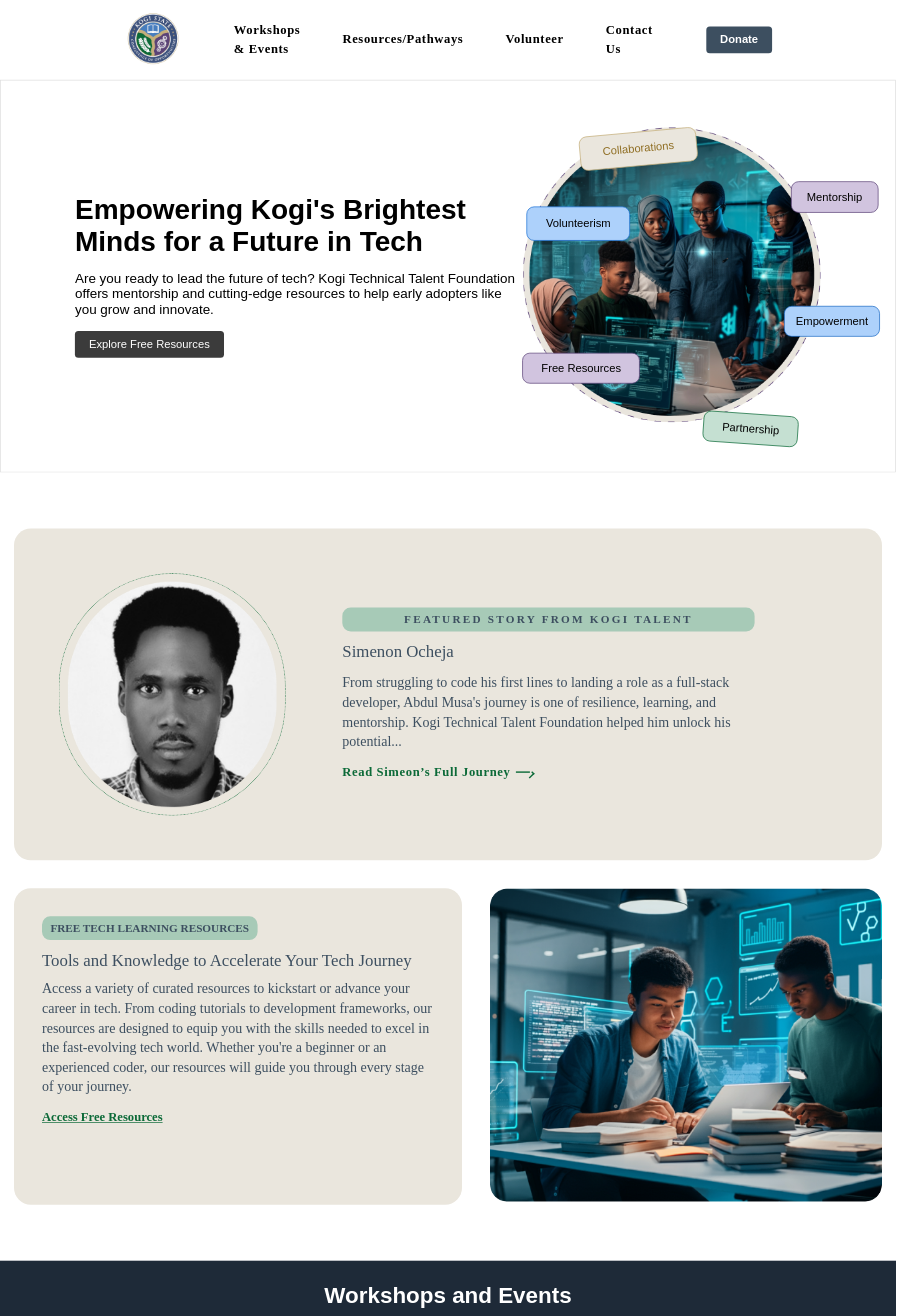
Repository: Cryptim/3MTT-Kogi-Foundation
Page: index.html
An editor plug-in stored every save of this project. The page is shown before and after the next save, followed by the edit.
The browser window is 1280 px wide. The page is 1283 px wide, then 1280 px, so the pictures cover 1283 px, including what lies to the right of the window. The pictures show the part of the page from y = 0 to 1880 px (the page is 3494 px tall), at 70% of full size.

Above is the page before, as saved 2024-11-04 03:04:48.

### index.html
<!DOCTYPE html>
<html lang="en">
  <head>
    <meta charset="UTF-8" />
    <meta name="viewport" content="width=device-width, initial-scale=1.0" />
    <title>Three Million Technical Talent Foundation</title>
    <link rel="stylesheet" href="stlyes/style.css" />
  </head>
  <body>
    <header class="header">
      <div class="logo">
        <img src="assets/images/logo.png" alt="Foundation Logo" />
      </div>
      <nav class="nav">
        <a href="#">Workshops & Events</a>
        <a href="#">Resources/Pathways</a>
        <a href="#">Volunteer</a>
        <a href="#">Contact Us</a>
      </nav>
      <div class="donate-button">
        <button>Donate</button>
      </div>
    </header>
    <div class="hero-section">
      <div class="text-container">
        <h1>Empowering Kogi's Brightest Minds for a Future in Tech</h1>
        <p>
          Are you ready to lead the future of tech? Kogi Technical Talent
          Foundation offers mentorship and cutting-edge resources to help early
          adopters like you grow and innovate.
        </p>
        <button>Explore Free Resources</button>
      </div>
      <div class="image-container">
        <img
          src="assets/images/Frame 5.png"
          alt="Team working with technology"
        />
        <div class="tag tag-collaborations">Collaborations</div>
        <div class="tag tag-volunteerism">Volunteerism</div>
        <div class="tag tag-mentorship">Mentorship</div>
        <div class="tag tag-empowerment">Empowerment</div>
        <div class="tag tag-free-resources">Free Resources</div>
        <div class="tag tag-partnership">Partnership</div>
      </div>
    </div>
    <div
      style="
        display: flex;
        flex-direction: column;
        gap: 40px;
        padding: 80px 20px;
        background-color: #fff;
      "
    >
      <!-- Featured Story Section -->
      <div
        style="
          width: 100%;
          padding: 64px;
          background: #eae6dd;
          border-radius: 24px;
          display: flex;
          align-items: center;
          gap: 81px;
        "
      >
        <div
          style="
            height: 346px;
            padding: 12px;
            border-radius: 500px;
            border: 1px #0c6a38 dotted;
            display: flex;
            align-items: center;
          "
        >
          <img
            style="
              color: #3d4f60;
              font-size: 16px;
              font-family: Cascadia Code;
              font-weight: 600;
              text-transform: uppercase;
              line-height: 28px;
              letter-spacing: 3.2px;
              word-wrap: break-word;
            "
            src="assets/images/Simeon ocheja 1.png"
            alt="Simenon Ocheja"
          />
        </div>
        <div
          style="width: 589px; display: flex; flex-direction: column; gap: 16px"
        >
          <div
            style="
              padding: 8px 12px;
              background: #a7cab7;
              border-radius: 12px;
              text-align: center;
            "
          >
            <span
              style="
                color: #3d4f60;
                font-size: 16px;
                font-family: Cascadia Code;
                font-weight: 600;
                text-transform: uppercase;
                letter-spacing: 3.2px;
              "
              >Featured Story from Kogi talent</span
            >
          </div>
          <h2
            style="
              color: #3d4f60;
              font-size: 24px;
              font-family: Cascadia Code;
              font-weight: 400;
            "
          >
            Simenon Ocheja
          </h2>
          <p
            style="
              width: 100%;
              color: #3d4f60;
              font-size: 20px;
              font-family: Cascadia Code;
              font-weight: 300;
              line-height: 28px;
              word-wrap: break-word;
            "
          >
            From struggling to code his first lines to landing a role as a
            full-stack developer, Abdul Musa's journey is one of resilience,
            learning, and mentorship. Kogi Technical Talent Foundation helped
            him unlock his potential...
          </p>
          <div style="display: flex; align-items: center; gap: 8px">
            <span
              style="
                color: #0c6a38;
                font-size: 18px;
                font-family: Cascadia Code;
                font-weight: 700;
                line-height: 27.2px;
                letter-spacing: 0.9px;
                word-wrap: break-word;
              "
              >Read Simeon’s Full Journey</span
            >
            <div style="width: 24px; height: 24px; position: relative">
              <div
                style="
                  width: 20px;
                  height: 0;
                  position: absolute;
                  border-top: 2.5px solid #0c6a38;
                  top: 50%;
                  left: 0;
                "
              ></div>
              <div
                style="
                  width: 5px;
                  height: 10px;
                  position: absolute;
                  border-right: 2.5px solid #0c6a38;
                  border-top: 2.5px solid #0c6a38;
                  top: 50%;
                  right: 0;
                  transform: rotate(45deg);
                "
              ></div>
            </div>
          </div>
        </div>
      </div>

      <!-- Free Tech Learning Resources Section -->
      <div style="display: flex; gap: 40px">
        <div
          style="
            flex: 1;
            padding: 40px;
            background: #eae6dd;
            border-radius: 24px;
          "
        >
          <div
            style="
              padding: 8px 12px;
              background: #a7cab7;
              border-radius: 12px;
              display: inline-block;
            "
          >
            <span
              style="
                color: #3d4f60;
                font-size: 16px;
                font-family: Cascadia Code;
                font-weight: 600;
                text-transform: uppercase;
              "
              >Free Tech Learning Resources</span
            >
          </div>
          <h3
            style="
              color: #3d4f60;
              font-size: 24px;
              font-family: Cascadia Code;
              font-weight: 400;
              margin-top: 16px;
            "
          >
            Tools and Knowledge to Accelerate Your Tech Journey
          </h3>
          <p
            style="
              color: #3d4f60;
              font-size: 20px;
              font-family: Cascadia Code;
              font-weight: 300;
              line-height: 1.4;
              margin-top: 12px;
            "
          >
            Access a variety of curated resources to kickstart or advance your
            career in tech. From coding tutorials to development frameworks, our
            resources are designed to equip you with the skills needed to excel
            in the fast-evolving tech world. Whether you're a beginner or an
            experienced coder, our resources will guide you through every stage
            of your journey.
          </p>
          <a
            href="#"
            style="
              color: #0c6a38;
              font-size: 18px;
              font-family: Cascadia Code;
              font-weight: 700;
              display: inline-block;
              margin-top: 20px;
            "
            >Access Free Resources</a
          >
        </div>
        <div style="flex: 1">
          <img
            style="width: 100%; border-radius: 24px"
            src="assets/images/Resources image 1.png"
            alt="Tech Journey"
          />
        </div>
      </div>
    </div>
    <!-- workshop section -->
    <section class="workshops-section">
      <h2>Workshops and Events</h2>
      <div class="workshops-container">
        <div class="workshop-card">
          <div class="icon">
            <img
              src="assets/images/computer-phone-sync.svg"
              alt="Digital Literacy Icon"
            />
          </div>
          <h3>Digital Literacy Essentials</h3>
          <p>
            This foundational workshop is designed to equip participants with
            the essential skills needed to navigate the digital world
            confidently.
          </p>
          <button>Start Learning</button>
        </div>
        <div class="workshop-card">
          <div class="icon">
            <img
              src="assets/images/computer-programming-01.svg"
              alt="Networking Icon"
            />
          </div>
          <h3>Tech Networking Night</h3>
          <p>
            Expand your professional network at our Tech Networking Night! Meet
            industry leaders, fellow tech enthusiasts, and potential mentors in
            an informal setting.
          </p>
          <button>Save Your Spot</button>
        </div>
        <div class="workshop-card">
          <div class="icon">
            <img
              src="assets/images/computer-video-call.svg"
              alt="Marketing Icon"
            />
          </div>
          <h3>Digital Marketing Masterclass</h3>
          <p>
            This workshop covers SEO, social media strategies, and content
            creation techniques to help participants promote their skills and
            projects online.
          </p>
          <button>Join the Masterclass</button>
        </div>
      </div>
    </section>
    <!--  Event section-->
    <section class="events-section">
      <h2>Upcoming Events</h2>
      <div class="events-container">
        <div class="event-card">
          <img
            src="assets/images/cloud-african 1.png"
            alt="Cloud Computing Workshop"
          />
          <h3>Getting Started with Cloud Computing: A Beginner's Guide</h3>
          <p>
            This introductory workshop will guide you through the fundamentals
            of cloud computing.
          </p>
          <div class="event-info">
            <span class="event-date"
              ><img
                src="assets/images/calendar-01.svg"
                alt="Calendar Icon"
                class="icon"
              />
              December 5, 2024</span
            >
            <span class="event-time"
              ><img
                src="assets/images/alarm-clock.svg"
                alt="Clock Icon"
                class="icon"
              />
              10:00 AM - 12:00 PM</span
            >
          </div>
        </div>
        <div class="event-card">
          <img
            src="assets/images/digital marketing.png"
            alt="Social Media for Entrepreneurs"
          />
          <h3>Mastering Social Media for Digital Entrepreneurs</h3>
          <p>
            Discover content creation strategies, audience engagement
            techniques, and more.
          </p>
          <div class="event-info">
            <span class="event-date"
              ><img
                src="assets/images/calendar-01.svg"
                alt="Calendar Icon"
                class="icon"
              />
              December 5, 2024</span
            >
            <span class="event-time"
              ><img
                src="assets/images/alarm-clock.svg"
                alt="Clock Icon"
                class="icon"
              />
              10:00 AM - 12:00 PM</span
            >
          </div>
        </div>
        <div class="event-card">
          <img
            src="assets/images/python.png"
            alt="Python Programming Workshop"
          />
          <h3>Intro to Python Programming: Building Your First App</h3>
          <p>
            This online workshop is perfect for beginners looking to learn
            Python programming.
          </p>
          <div class="event-info">
            <span class="event-date"
              ><img
                src="assets/images/calendar-01.svg"
                alt="Calendar Icon"
                class="icon"
              />
              December 5, 2024</span
            >
            <span class="event-time"
              ><img
                src="assets/images/alarm-clock.svg"
                alt="Clock Icon"
                class="icon"
              />
              10:00 AM - 12:00 PM</span
            >
          </div>
        </div>
      </div>
    </section>
    <!-- Mentor section -->
    <section class="mentors-section">
      <h2>Meet Our Mentors and Contributors</h2>
      <p>
        Meet Our MAt the heart of the Kogi Technical Talent Foundation is a
        dedicated team of mentors and contributors who are passionate about
        sharing their knowledge and expertise. Our mentors come from diverse
        backgrounds in technology, entrepreneurship, and innovation, providing
        invaluable guidance to help you navigate your career journey. Whether
        you're looking to enhance your coding skills, explore new fields like
        digital marketing, or get advice on launching your own tech startup, our
        mentors are here to support you.
      </p>
      <a href="#" class="explore-link">Explore Our Mentor’s Profile →</a>
      <div class="mentors-container">
        <div class="mentor-card">
          <img src="assets/images/Frame 19.png" alt="Omachoko Arome" />
          <h3>Omachoko Arome</h3>
        </div>
        <div class="mentor-card">
          <img src="assets/images/Frame 20.png" alt="Marian Musa" />
          <h3>Marian Musa</h3>
        </div>
        <div class="mentor-card">
          <img src="assets/images/Frame 21.png" alt="Ismaila Omeiza" />
          <h3>Ismaila Omeiza</h3>
        </div>
        <div class="mentor-card">
          <img src="assets/images/Frame 22.png" alt="Timothy Ignatius" />
          <h3>Timothy Ignatius</h3>
        </div>
      </div>
    </section>
  </body>
</html>

### stlyes/style.css
* {
  margin: 0;
  padding: 0;
  box-sizing: border-box;
}

body {
  font-family: Arial, sans-serif;
}

.header {
  padding-left: 180px;
  /* padding-right: 180px;  */
  padding-top: 16px;
  padding-bottom: 16px;
  justify-content: center;
  align-items: center;
  gap: 66px;
  display: inline-flex;
  left: 0;
  top: 0;
}

.logo img {
  width: 78px; /* Adjust size as needed */
  height: 78px;
}

.nav {
  justify-content: flex-start;
  align-items: center;
  gap: 40px;
  display: flex;
}

.nav a {
  padding: 10px;
  justify-content: center;
  align-items: center;
  gap: 10px;
  display: flex;
  transition: color 0.3s;
  font-size: 18px;
  text-decoration: none;
  color: black;
  font-size: 18px;
  font-family: Cascadia Code;
  font-weight: 700;
  line-height: 27.2px;
  letter-spacing: 0.9px;
  word-wrap: break-word;
}

.nav a:hover {
  color: #007bff;
}

.donate-button {
  margin-right: 180px; /* Adds space to the right of the button */
}

.donate-button button {
  padding: 10px 20px;
  background-color: #3d4f60;
  color: #fff;
  border: none;
  border-radius: 5px;
  cursor: pointer;
  font-weight: bold;
  transition: background-color 0.3s;
}

.donate-button button:hover {
  background-color: #007bff;
}

/* Responsive adjustments */
@media (max-width: 768px) {
  .header {
    flex-direction: column;
    align-items: center;
  }

  .logo,
  .donate-button {
    margin: 0; /* Remove margins for smaller screens */
  }

  .nav {
    flex-direction: column;
    gap: 10px;
  }
}

/* section one */
.hero-section {
  display: flex;
  align-items: center;
  /* padding: 50px; */
  background-color: #fff;
  border: 1px solid #ddd;
  height: 560.85px;
  justify-content: center;
  align-items: center;
}

.text-container {
  max-width: 50%;
}

.text-container h1 {
  font-size: 2.5em;
  font-weight: bold;
  margin-bottom: 20px;
}

.text-container p {
  font-size: 1.2em;
  margin-bottom: 20px;
}

.text-container button {
  padding: 10px 20px;
  background-color: #3b3b3b;
  color: #fff;
  border: none;
  border-radius: 5px;
  cursor: pointer;
  font-size: 1em;
}

.image-container {
  position: relative;
  max-width: 560.85px;
}

.image-container img {
  width: 100%;
  height: 423.01px;
  border-radius: 283.9px;
}

.tag {
  /* position: absolute;
  padding: 5px 10px;
  font-size: 18.26px;
  background-color: #f0f0f0;
  border-radius: 10.95px;
  font-weight: 300;
  width: 168.26px;
  text-align: center;
  height: 48.73px;
  justify-content: center;
  align-items: center;
  align-self: center; */
}

.tag-collaborations {
  width: 168.26px;
  height: 48.73px;
  padding: 9.13px;
  left: 80.33px;
  top: 15.28px;
  color: #8f6e23;
  position: absolute;
  transform: rotate(-5.21deg);
  transform-origin: 0 0;
  background: #eae6dd;
  border-radius: 10.95px;
  border: 0.5px #c6af7b solid;
  justify-content: center;
  align-items: center;
  gap: 9.13px;
  display: inline-flex;
}

.tag-volunteerism {
  width: 147.26px;
  height: 48.73px;
  padding: 9.13px;
  left: 6.39px;
  top: 114.11px;
  position: absolute;
  background: #add1fb;
  border-radius: 10.95px;
  border: 0.5px #1d71d5 solid;
  justify-content: center;
  align-items: center;
  gap: 9.13px;
  display: inline-flex;
}

.tag-mentorship {
  width: 125.26px;
  height: 44.26px;
  padding: 9.13px;
  left: 383.42px;
  top: 78.51px;
  position: absolute;
  background: #d1c4df;
  border-radius: 10.95px;
  border: 0.5px #5b4377 solid;
  justify-content: center;
  align-items: center;
  gap: 9.13px;
  display: inline-flex;
}

.tag-empowerment {
  width: 136.26px;
  height: 44.26px;
  padding: 9.13px;
  left: 374.29px;
  top: 255.61px;
  position: absolute;
  background: #add1fb;
  border-radius: 10.95px;
  border: 0.5px #1967c3 solid;
  justify-content: center;
  align-items: center;
  gap: 9.13px;
  display: inline-flex;
}

.tag-free-resources {
  width: 168.26px;
  height: 44.26px;
  padding: 9.13px;
  left: 0px;
  top: 323.17px;
  position: absolute;
  background: #d1c4df;
  border-radius: 10.95px;
  border: 0.5px #5b4377 solid;
  justify-content: center;
  align-items: center;
  gap: 9.13px;
  display: inline-flex;
}

.tag-partnership {
  width: 136.26px;
  height: 44.26px;
  padding: 9.13px;
  left: 259.61px;
  top: 405.33px;
  position: absolute;
  transform: rotate(4deg);
  transform-origin: 0 0;
  background: #c5e0d2;
  border-radius: 10.95px;
  border: 0.5px #0c6a38 solid;
  justify-content: center;
  align-items: center;
  gap: 9.13px;
  display: inline-flex;
}

/* workshop section */
.workshops-section {
  padding: 2rem;
  text-align: center;
  background-color: #1e2a38;
  color: #fff;
}

.workshops-section h2 {
  font-size: 2rem;
  margin-bottom: 1.5rem;
}

.workshops-container {
  display: flex;
  flex-wrap: wrap;
  justify-content: center;
  gap: 1.5rem;
}

.workshop-card {
  background-color: #fff;
  color: #333;
  border-radius: 8px;
  box-shadow: 0 4px 8px rgba(0, 0, 0, 0.1);
  width: 100%;
  max-width: 300px;
  padding: 1.5rem;
  text-align: left;
  transition: transform 0.3s;
}

.workshop-card:hover {
  transform: translateY(-5px);
}

.icon {
  font-size: 2rem;
  margin-bottom: 1rem;
}

.workshop-card h3 {
  font-size: 1.25rem;
  margin-bottom: 0.75rem;
}

.workshop-card p {
  font-size: 0.95rem;
  margin-bottom: 1.5rem;
}

button {
  background-color: #007bff;
  color: #fff;
  padding: 0.5rem 1rem;
  border: none;
  border-radius: 5px;
  font-size: 1rem;
  cursor: pointer;
  transition: background-color 0.3s;
}

button:hover {
  background-color: #0056b3;
}

/* Responsive Design */
@media (max-width: 768px) {
  .workshops-container {
    flex-direction: column;
    align-items: center;
  }
}

/* event section*/
.events-section {
  padding: 2rem;
  text-align: center;
  background-color: #fff;
}

.events-section h2 {
  font-size: 2rem;
  margin-bottom: 1.5rem;
}

.events-container {
  display: flex;
  flex-wrap: wrap;
  justify-content: center;
  gap: 1.5rem;
}

.event-card {
  background-color: #ffffff;
  border-radius: 8px;
  box-shadow: 0 4px 8px rgba(0, 0, 0, 0.1);
  width: 100%;
  max-width: 300px;
  text-align: left;
  overflow: hidden;
  transition: transform 0.3s;
}

.event-card:hover {
  transform: translateY(-5px);
}

.event-card img {
  width: 100%;
  height: auto;
  /* border-bottom: 2px solid #ddd; */
}

.event-card h3 {
  font-size: 1.25rem;
  margin: 1rem 1rem 0.5rem;
  color: #1e2a38;
}

.event-card p {
  font-size: 0.95rem;
  margin: 0.5rem 1rem 1rem;
  color: #555;
}

.event-info {
  display: flex;
  justify-content: space-between;
  padding: 1rem;
  /* border-top: 1px solid #ddd; */
  font-size: 0.9rem;
  color: #777;
}

.event-date,
.event-time {
  display: flex;
  align-items: center;
  gap: 0.25rem;
}

.event-info .icon {
  width: 24px; /* Set the icon width */
  height: 24px; /* Set the icon height */
  margin-right: 5px; /* Space between icon and text */
  vertical-align: middle; /* Aligns icon with text */
}
/* Responsive Design */
@media (max-width: 768px) {
  .events-container {
    flex-direction: column;
    align-items: center;
  }
}
/* Mentor section */
.mentors-section {
  max-width: 1000px;
  margin: 0 auto;
  padding: 2rem;
  background-color: #2b3a42;
}

.mentors-content {
  display: flex;
  gap: 2rem;
  align-items: flex-start;
}

.mentors-text {
  flex: 1;
}

.mentors-section h2 {
  font-size: 2rem;
  margin-bottom: 1rem;
  color: #dbe0e4;
  font-weight: bold;
}

.mentors-section p {
  font-size: 1rem;
  line-height: 1.6;
  margin-bottom: 1.5rem;
  color: #dbe0e4;
}

.explore-link {
  display: inline-block;
  margin-top: 1rem;
  font-size: 1rem;
  color: #ffd85f; /* Yellow color for link */
  text-decoration: none;
  font-weight: bold;
}

.mentors-container {
  display: grid;
  grid-template-columns: 1fr 1fr;
  gap: 1.5rem;
  flex: 1;
}

.mentor-card {
  background-color: #d7e7f0;
  border-radius: 12px;
  padding: 1rem;
  text-align: center;
  transition: transform 0.3s;
  color: #2b3a42; /* Dark text color */
}

.mentor-card:hover {
  transform: scale(1.05);
}

.mentor-card img {
  width: 80px;
  height: 80px;
  border-radius: 50%;
  object-fit: cover;
  margin-bottom: 0.5rem;
}

.mentor-card h3 {
  font-size: 1rem;
  color: #2b3a42;
  margin-top: 0.5rem;
  padding: 0.3rem 0.6rem;
  border-radius: 5px;
  background-color: rgba(255, 255, 255, 0.8); /* Slight background for text */
}

/* Responsive styling for smaller screens */
@media (max-width: 768px) {
  .mentors-content {
    flex-direction: column;
  }

  .mentors-container {
    grid-template-columns: 1fr;
  }
}

@media (max-width: 480px) {
  .mentor-card img {
    width: 70px;
    height: 70px;
  }

  .mentors-section h2 {
    font-size: 1.5rem;
  }

  .mentors-section p {
    font-size: 0.85rem;
  }
}

After the next save:
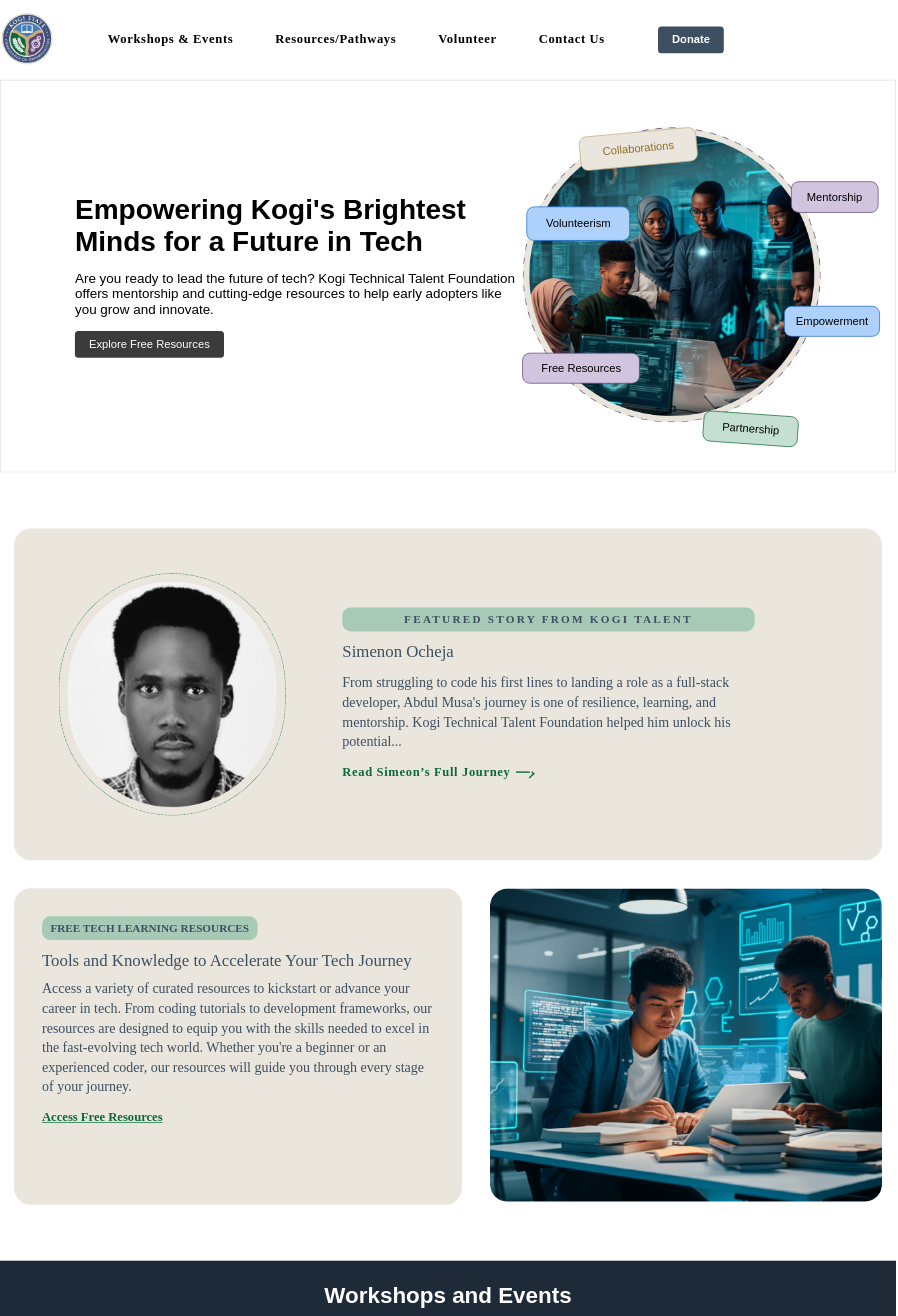
Saved 25 s later.
--- a/stlyes/style.css
+++ b/stlyes/style.css
@@ -9,7 +9,7 @@
 }
 
 .header {
-  padding-left: 180px;
+  /* padding-left: 180px; */
   /* padding-right: 180px;  */
   padding-top: 16px;
   padding-bottom: 16px;
